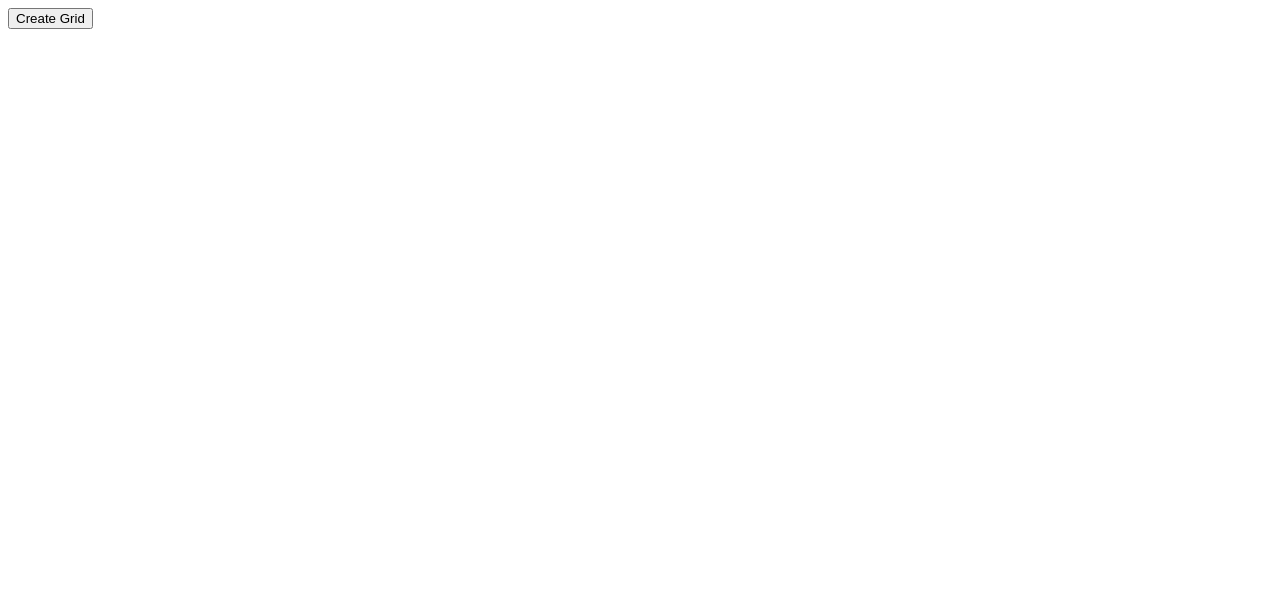
Repository: weazzyefff/Project-Etch-A-Sketch
Page: index.html
An editor plug-in stored every save of this project. The page is shown before and after the next save, followed by the edit.
The browser window is 1280 px wide. The pictures show the whole page.

Above is the page before, as saved 2022-11-30 21:45:20.
Console error: ReferenceError: numSquares is not defined

After the next save:
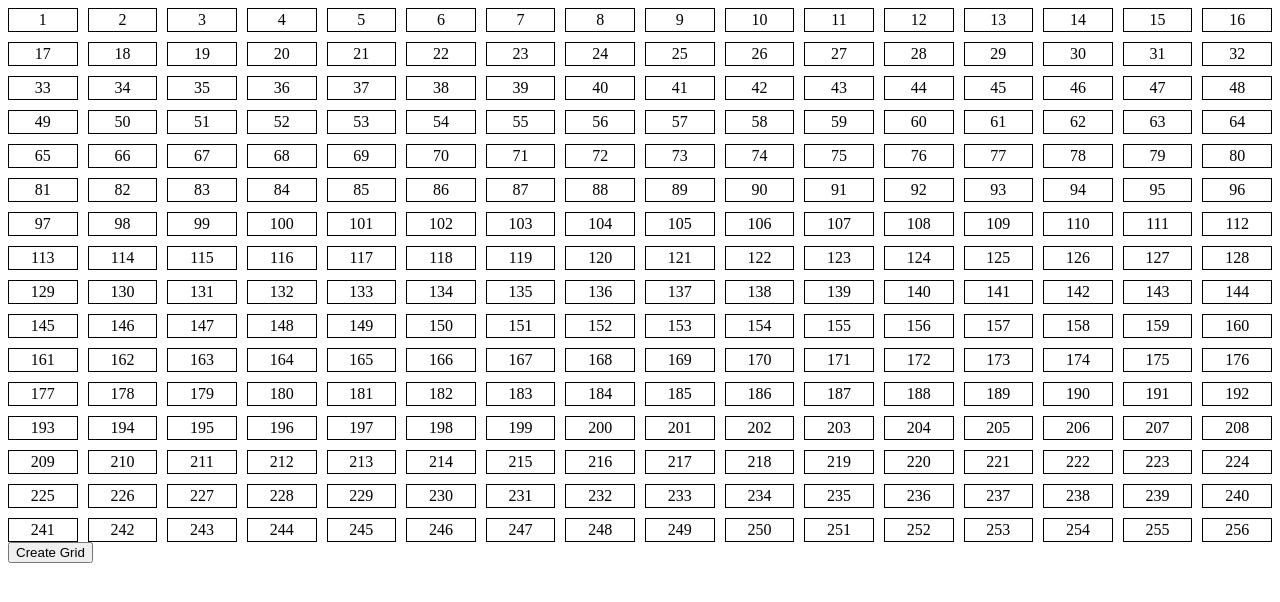
The error is gone.
Saved 8 s later.
--- a/script.js
+++ b/script.js
@@ -28,7 +28,7 @@ function userPrompt() {
 
 
 //Create Grid
-const grid = getGrid(numSquares, numSquares);
+const grid = getGrid(16, 16);
 
 function getGrid(rows, columns) {
 
